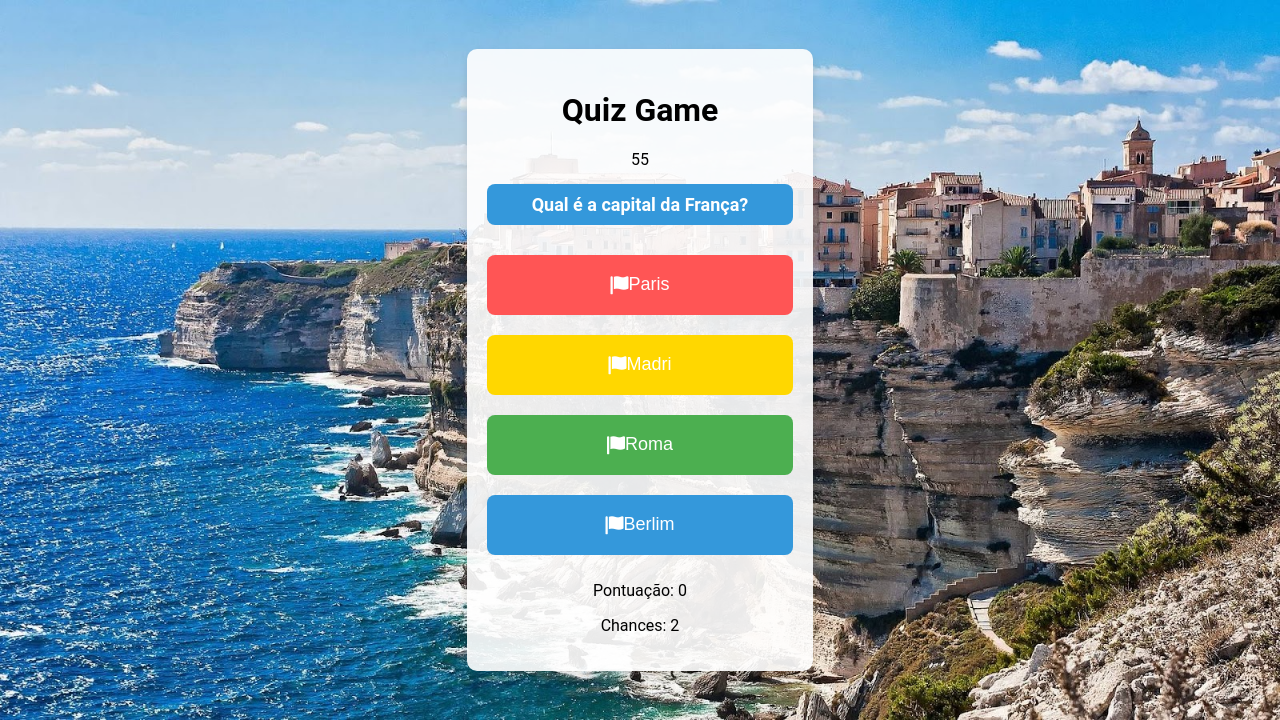
Repository: Matheus904-12/Quizz
Page: index.html
These files come from the project's save history. The page is drawn as it stood at one moment and after a run of saves; the edit follows.
The browser window is 1280 px wide. The pictures show the whole page.

Above is the page before, as saved 2023-08-21 19:59:03.

After the next 2 saves:
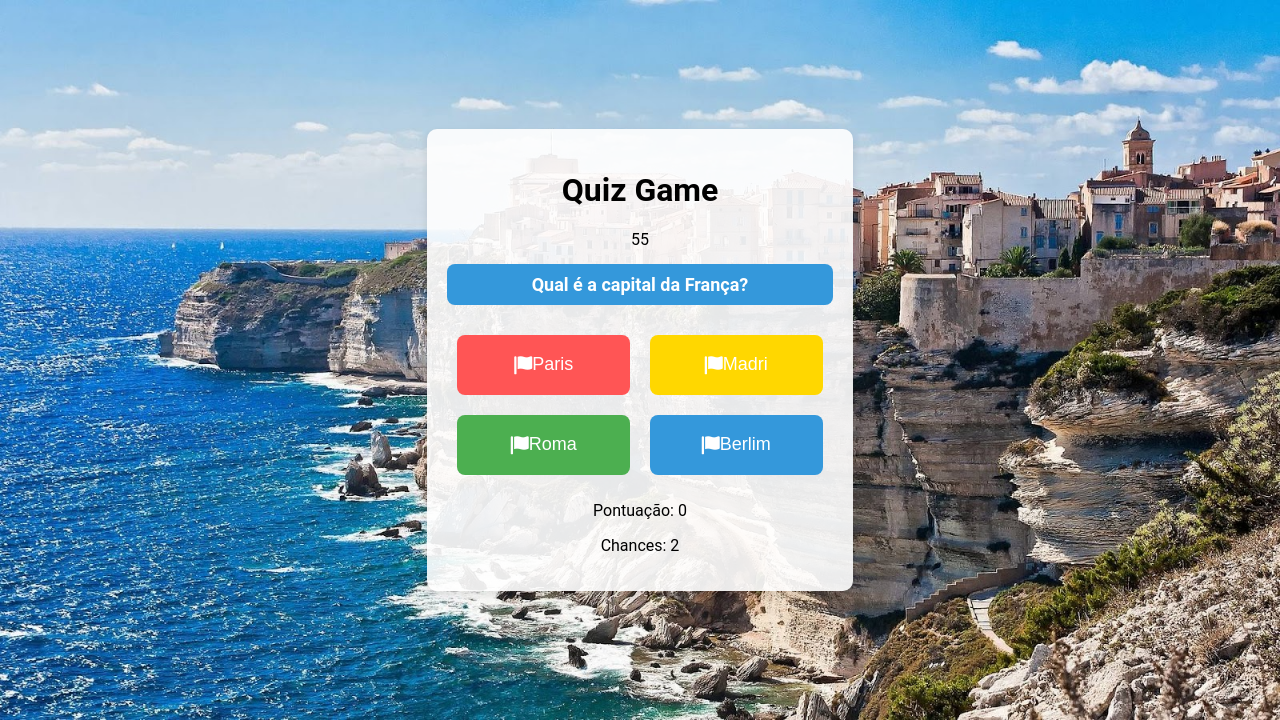
The 2 saves are shown as one change because they came seconds apart.
The last was saved 28 s later.
--- a/style.css
+++ b/style.css
@@ -40,19 +40,14 @@ body {
     display: flex;
     align-items: center;
     justify-content: center;
-    width: 100%;
+    width: calc(50% - 20px); /* Dividindo o espaço em 2 para ficarem lado a lado */
     height: 60px;
-    margin: 10px 0;
+    margin: 10px;
     cursor: pointer;
     border-radius: 8px;
-    transition: background-color 0.3s, transform 0.2s, box-shadow 0.2s; /* Adicionando a propriedade box-shadow para a animação */
+    transition: background-color 0.3s, transform 0.2s;
     font-size: 18px;
     color: #fff;
     background-color: #3498DB;
     border: none;
 }
-
-.option:hover {
-    transform: scale(1.05);
-    box-shadow: 0px 4px 8px rgba(0, 0, 0, 0.1); /* Adicionando a sombra ao passar o mouse */
-}
